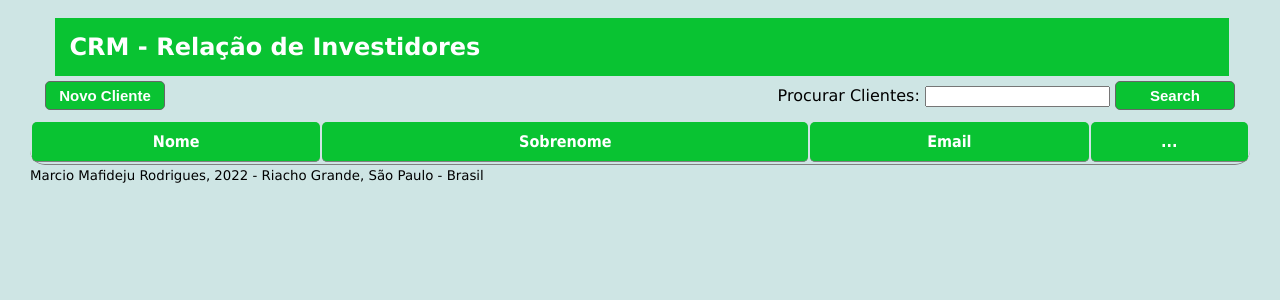
Repository: mafideju/CustomerTracker
Page: http://localhost/web-customer-tracker/WEB-INF/view/list-customers.jsp
An editor plug-in stored every save of this project. The page is shown before and after the next save, followed by the edit.
The browser window is 1280 px wide. The pictures show the whole page.
The page is served by Tomcat 9. Nobody is signed in. Other server files are loaded and not shown. The template is opened directly, without the code that normally fills it, so the values that code supplies are empty.

Above is the page before, as saved 2022-01-27 16:19:13.

### web-customer-tracker/WebContent/WEB-INF/view/list-customers.jsp
<%@ taglib uri="http://java.sun.com/jsp/jstl/core" prefix="c" %>
<%@ taglib prefix="form" uri="http://www.springframework.org/tags/form" %>

<!DOCTYPE html>
<html>
	<head>
		<title>Lista de Investidores</title>
		<link type="text/css" rel="stylesheet" href="${pageContext.request.contextPath}/resources/css/style.css">
	</head>

	<body>
		<main>

			<div id="wrapper"  style="display: flex; justify-content: center; align-items: center;">
				<div id="header">
					<h2>CRM - Relação de Investidores</h2>
				</div>
			</div>

			<div class="search-bar">
				<input type="button"
					value="Novo Cliente"
					onclick="window.location.href='showAddForm'; return false;"
					class="add-button" />

	            <form:form action="search" method="GET">
                	<label>Procurar Clientes: <input type="text" name="theSearchName" /></label>
                	<input type="submit" value="Search" class="add-button" />
            </form:form>
			</div>

			<div id="container">
				<div id="content">



					<table>
						<tr>
							<th>Nome</th>
							<th>Sobrenome</th>
							<th>Email</th>
							<th>...</th>
						</tr>

						<c:forEach var="customer" items="${customers}">
							<c:url var="updateLink" value="/customer/showUpdateForm">
								<c:param name="customerId" value="${customer.id}" />
							</c:url>
							<c:url var="deleteLink" value="/customer/delete">
								<c:param name="customerId" value="${customer.id}" />
							</c:url>
							<tr>
								<td>${customer.firstName}</td>
								<td>${customer.lastName}</td>
								<td>${customer.email}</td>
								<td><a href="${updateLink}">Atualizar</a> | <a href="${deleteLink}" onclick="if(!(confirm('Quer deletar mesmo esse cliente?')))return false;">Delete</a></td>
							</tr>
						</c:forEach>

					</table>
				</div>
			</div>

		</main>
		<footer>
			<small>Marcio Mafideju Rodrigues, 2022 - Riacho Grande, São Paulo - Brasil</small>
		</footer>
	</body>
</html>

### web-customer-tracker/WebContent/resources/css/style.css
html, body{
	margin-left:15px;
	margin-right:15px;
	padding:0px;
	font-family:Verdana, Arial, Helvetica, sans-serif;
	background-color: #cee5e4;
}

table {
	border-radius: 15px;
	border-bottom:1px solid gray;
	font-family: Tahoma,Verdana,Segoe,sans-serif;
	width:100%;
}

th {
	border-bottom:1px solid gray;
	background:none repeat scroll 0 0 #09c332;
	padding:10px;
	color: #FFFFFF;
	border-radius: 5px;
}

tr {
	border-top:1px solid gray;
	text-align:center;
}

tr:nth-child(even) {background: #FFFFFF;}
tr:nth-child(odd) {background: #BBBBBB;}

.add-button {
	background: #09c332;
	border: 1px solid #666;
	border-radius: 5px;
	color: white;
	font-size: 15px;
	font-weight: bold;
	padding: 5px 10px;
	width: 120px;
}

.search-bar {
	display: flex;
	justify-content: space-between;
	margin-top: 5px;
	padding: 0 15px;
}

#wrapper {
	width: 100%;
	margin-top: 0px;
}

#header {
	width: 95%;
	background: #09c332;
	margin-left: 3px;
	margin-top: 10px;
	padding:15px 0px 15px 15px;
}

#header h2 {
	width: 100%;
	margin:auto;
	color: #FFFFFF;
}

#container {
	width: 100%;
	margin: auto
}

#container h3 {
	color: #000;
}

#container #content {
	margin-top: 10px;
}

After the next save:
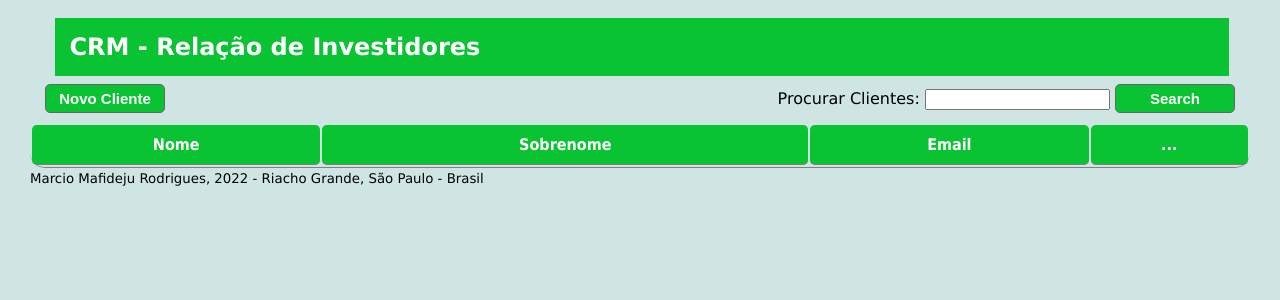
Saved 12 s later.
--- a/web-customer-tracker/WebContent/resources/css/style.css
+++ b/web-customer-tracker/WebContent/resources/css/style.css
@@ -43,7 +43,7 @@ tr:nth-child(odd) {background: #BBBBBB;}
 .search-bar {
 	display: flex;
 	justify-content: space-between;
-	margin-top: 5px;
+	margin-top: 8px;
 	padding: 0 15px;
 }
 
